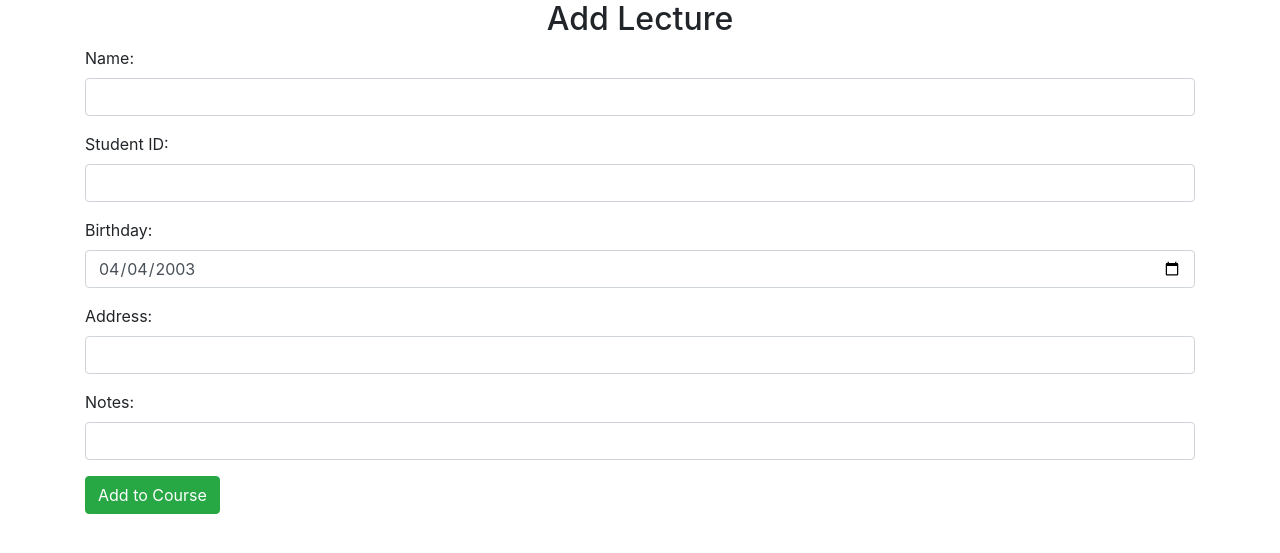
Repository: USTriett/Java-Servlet-JDBC-JSP-
Page: http://localhost/StudentManageServlet/WebContent/AddStudentIntoCourse.jsp
An editor plug-in stored every save of this project. The page is shown before and after the next save, followed by the edit.
The browser window is 1280 px wide. The pictures show the whole page.
The page is served by Tomcat 9.

Above is the page before, as saved 2023-04-19 19:48:50.
Console error: TypeError: Cannot set properties of null (setting 'value')

After the next save:
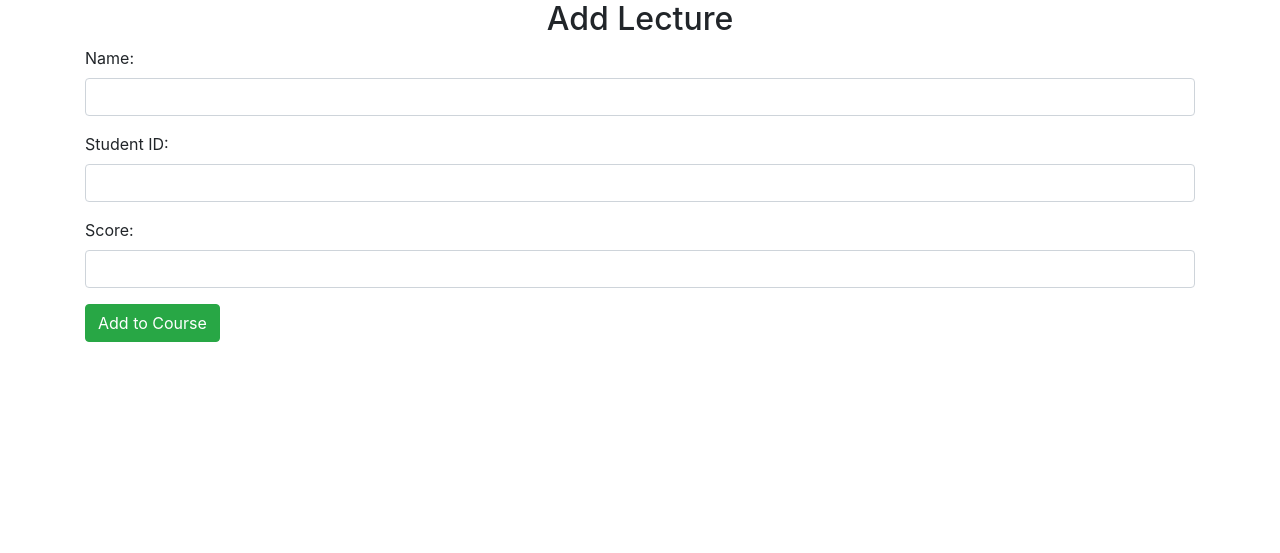
Saved 2 min 36 s later.
--- a/StudentManageServlet/src/main/webapp/WebContent/AddStudentIntoCourse.jsp
+++ b/StudentManageServlet/src/main/webapp/WebContent/AddStudentIntoCourse.jsp
@@ -41,18 +41,8 @@
 							class="form-control" value="" required id="sid" name="sid" />
 					</div>
 					<div class="form-group">
-						<label for="birthday">Birthday:</label> <input type="Date"
-							class="form-control" id="stdBirth" value="2003-04-04"
-							max="2018-12-31" name="birthday" required />
-					</div>
-					<div class="form-group">
-						<label for="address">Address:</label> <input type="text"
-							class="form-control" id="address" value="" name="address"
-							required />
-					</div>
-					<div class="form-group">
-						<label for="notes">Notes:</label> <input type="text"
-							class="form-control" id="notes" value="" name="notes" />
+						<label for="score">Score:</label> <input type="number"
+							class="form-control" id="notes" value="" name="score" max ="100.0" min ="0" step="0.1" />
 					</div>
 					<button class="btn btn-success">Add to Course</button>
 				</form>
